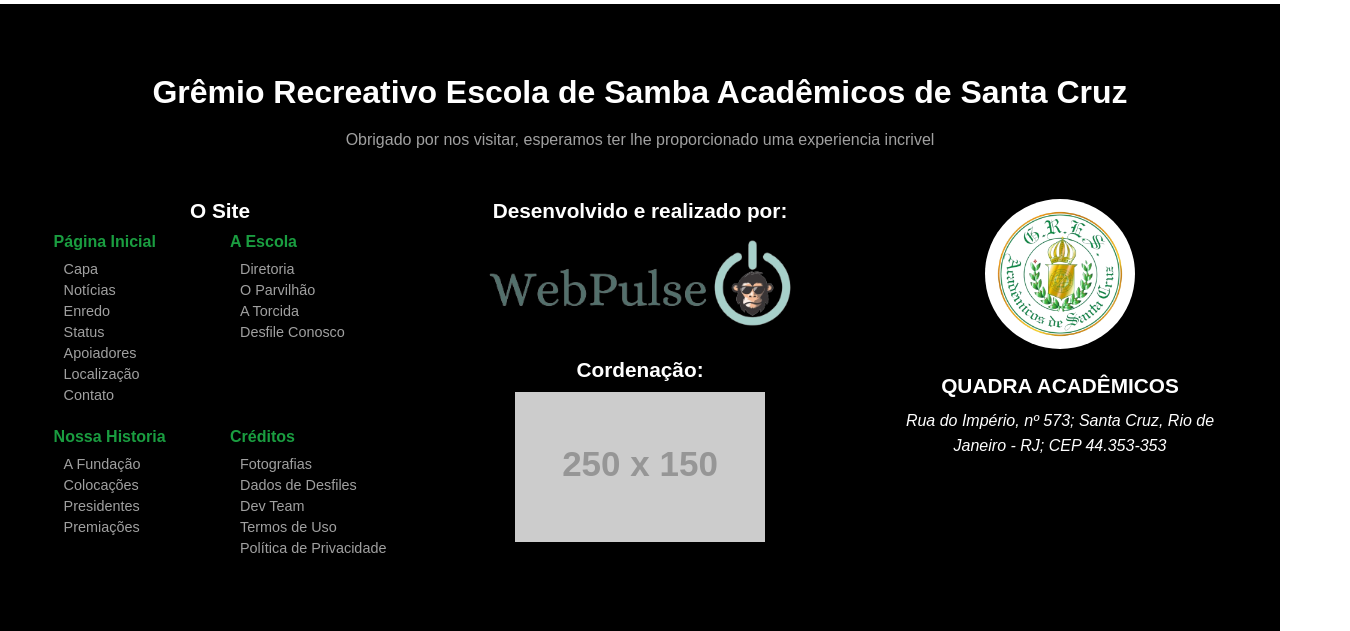
Repository: Lorsuz/gresasco
Page: index.html
An editor plug-in stored every save of this project. The page is shown before and after the next save, followed by the edit.
The browser window is 1280 px wide. The page is 1350 px wide, so the pictures cover 1350 px, including what lies to the right of the window. The pictures show the part of the page from y = 3546 to 4177 px (the page is 4177 px tall).
Some web fonts or font styles are not loaded; a fallback is used. The style sheet was rebuilt from its Sass, Less or Tailwind sources for each picture, by a compiler version that may differ from the author's.

Above is the page before, as saved 2023-11-05 17:46:04.

### index.html
<!DOCTYPE html>
<html lang="en">
	<head>
		<meta charset="UTF-8">
		<meta name="viewport" content="width=device-width, initial-scale=1.0">
		<link rel="shortcut icon" href="/components/assets/images/logo - gresasc.jpg" type="image/x-icon">
		<title>Home</title>
		<link rel="stylesheet" href="/components/css/partials/header.css">
		<link rel="stylesheet" href="/components/css/index.css">
		<link rel="stylesheet" href="/components/css/partials/footer.css">
		<link rel="stylesheet" href="https://cdnjs.cloudflare.com/ajax/libs/font-awesome/6.4.2/css/all.min.css" integrity="sha512-z3gLpd7yknf1YoNbCzqRKc4qyor8gaKU1qmn+CShxbuBusANI9QpRohGBreCFkKxLhei6S9CQXFEbbKuqLg0DA==" crossorigin="anonymous" referrerpolicy="no-referrer" />
		<link rel="stylesheet" href="https://cdn.jsdelivr.net/npm/swiper@11/swiper-bundle.min.css" />
		<link rel="stylesheet" href="https://cdn.jsdelivr.net/npm/bootstrap-icons@1.11.1/font/bootstrap-icons.css">
	</head>
	<body>
		<header class="wrapper">
			<article class="nav-bar wrapper__container">
				<section class="logo">
					<img src="/components/assets/images/logo - gresasc.jpg" alt="">
				</section>
				<nav>
					<ul>
						<li><a href="#">Página Inicial</a></li>
						<li><a href="#">A Escola</a></li>
						<li><a href="#">Nossa Historia</a></li>
						<li><a href="#">Socio Torcedor</a></li>
						<li><a href="#">Créditos</a></li>
					</ul>
				</nav>
			</article>
		</header>
		<main class="">
			<section class="cover wrapper">
				<div class="wrapper__container">
					<div class="left">
						<div class="container">
							<h2>Grêmio Recreativo Escola de Samba</h2>
							<h1>Acadêmicos de Santa Cruz</h1>
							<p>Bem-vindos! Aqui o samba é vida, a cultura é paixão e a alegria é eterna. No coração de Santa Cruz,
								encontre a felicidade em cada batida de tambor. Feliz da vida é quem tem a Santa Cruz no coração.</p>
							<a href="/components/pages/not-found.html">Ir para Loja</a>
						</div>
					</div>
					<div class="right">
						<div class="img">
							<img src="/components/assets/images/logo - gresasc.jpg" alt="">
						</div>
						<ul class="social-links">
							<li>
								<a href="">
									<i class="fa-brands fa-instagram"></i>
								</a>
							</li>
							<li>
								<a href="">
									<i class="fa-brands fa-facebook"></i>
								</a>
							</li>
							<li>
								<a href="">
									<i class="fa-brands fa-youtube"></i>
								</a>
							</li>
							<li>
								<a href="">
									<i class="fa-brands fa-x-twitter"></i>
								</a>
							</li>
						</ul>
					</div>
				</div>
			</section>
			<article class="nav-info">
				<section class="contact">
					<div>
						<i class="fa-solid fa-phone"></i>
						<span>+55 (43) 9 3421-7348</span>
					</div>
					<div>
						<i class="fa-solid fa-envelope"></i>
						<span>gresasc@academicos.com</span>
					</div>
				</section>
				<p>Siga-nos e consiga a chance de ganhar 80% de desconto</p>
				<section class="social-network">
					<span>Redes Sociais:</span>
					<div>
						<a href=""><i class="fa-brands fa-twitter"></i></a>
						<a href=""><i class="fa-brands fa-instagram"></i></a>
						<a href=""><i class="fa-brands fa-youtube"></i></a>
						<a href=""><i class="fa-brands fa-facebook"></i></a>
					</div>
				</section>
			</article>
			<section class="banner">
				<div class="slides">
				</div>
				<div class="prev"></div>
				<div class="next"></div>
				<div class="pagination"></div>
				<div class="img"><img src="https://placehold.co/1350x700" alt=""></div>
			</section>
			<section class="plot wrapper">
				<div class="description">
					<h2>Enredo 2024</h2>
					<h1>As bruxas estão soltas!</h1>
					<p>O enredo "As Bruxas Estão Soltas!" celebra o poder feminino, explorando a manifestação das energias
						ancestrais através da Deusa Terra e dos quatro elementos da criação.
					</p>
					<p> A narrativa aborda a conexão entre passado e presente, destacando as mulheres que, ao longo da
						história,
						detinham conhecimentos medicinais e
						espirituais, mas foram perseguidas sob a acusação de bruxaria.
					</p>
					<p>O enredo também aborda a resistência dessas
						mulheres e sua contínua luta contra o machismo e a intolerância, honrando a força do sagrado feminino e
						a
						capacidade de voar além dos limites impostos, como estrelas brilhantes no céu.</p>
					<span>Iae, gostou? Para ter acesso a nossa sinopse completa basta baixar o PDF a baixo:</span>
					<button class="custom-button">Baixar Sinopse</button>
				</div>
				<div class="disc-cover">
					<img src="/components/assets/images/Plot/plot-2024.jpeg" alt="Logo Enredo-2024">
					<div class="icons">
						<button id="play-song">
							<i class="bi bi-play"></i>
						</button>
						<button id="pause-song">
							<i class="bi bi-pause"></i>
						</button>
					</div>
				</div>
			</section>
			<section class="sponsors">
				<h1>Patrocinadores e Apoiadores</h1>
				<div class="swiper">
					<div class="swiper-wrapper"></div>
					<div class="swiper-pagination"></div>
				</div>
			</section>
			<section class="details">
				<ul>
					<li>
						<h2>15</h2>
						<h3>Anos</h3>
					</li>
					<li>
						<h2>150K</h2>
						<h3>Membros</h3>
					</li>
					<li>
						<h2>15</h2>
						<h3>Trofeus</h3>
					</li>
					<li>vb
						<h2>100+</h2>
						<h3>Patrocinios</h3>
					</li>
				</ul>
			</section>
			<section class="map">
				<iframe src="https://www.google.com/maps/embed?pb=!1m18!1m12!1m3!1d3674.902216920123!2d-43.69324992558163!3d-22.916977238233624!2m3!1f0!2f0!3f0!3m2!1i1024!2i768!4f13.1!3m3!1m2!1s0x9bf7524c69eb5b%3A0xc5d324fb7fbbd336!2sR.%20do%20Imp%C3%A9rio%2C%20573%20-%20Santa%20Cruz%2C%20Rio%20de%20Janeiro%20-%20RJ%2C%2023555-024!5e0!3m2!1spt-BR!2sbr!4v1698871972883!5m2!1spt-BR!2sbr" width="600" height="450" style="border:0;" allowfullscreen="" loading="lazy" referrerpolicy="no-referrer-when-downgrade"></iframe>
			</section>
		</main>
		<footer>
			<h1>Grêmio Recreativo Escola de Samba Acadêmicos de Santa Cruz</h1>
			<p>Obrigado por nos visitar, esperamos ter lhe proporcionado uma experiencia incrivel</p>
			<section class="container wrapper">
				<article class="structure">
					<h2>O Site</h2>
					<ul>
						<li><a href="#">Página Inicial</a>
							<ul>
								<li><a href="">Capa</a></li>
								<li><a href="">Notícias</a></li>
								<li><a href="">Enredo</a></li>
								<li><a href="">Status</a></li>
								<li><a href="">Apoiadores</a></li>
								<li><a href="">Localização</a></li>
								<li><a href="">Contato</a></li>
							</ul>
						</li>
						<li><a href="#">A Escola</a>
							<ul>
								<li><a href="">Diretoria</a></li>
								<li><a href="">O Parvilhão</a></li>
								<li><a href="">A Torcida</a></li>
								<li><a href="">Desfile Conosco</a></li>
							</ul>
						</li>
						<li><a href="#">Nossa Historia</a>
							<ul>
								<li><a href="">A Fundação</a></li>
								<li><a href="">Colocações</a></li>
								<li><a href="">Presidentes</a></li>
								<li><a href="">Premiações</a></li>
							</ul>

						</li>
						<li><a href="#">Créditos</a>
							<ul>
								<li><a href="">Fotografias</a></li>
								<li><a href="">Dados de Desfiles</a></li>
								<li><a href="">Dev Team</a></li>
								<li><a href="">Termos de Uso</a></li>
								<li><a href="">Política de Privacidade</a></li>
							</ul>
						</li>
				</article>
				<article class="dev">
					<h2>Desenvolvido e realizado por:</h2>
					<div class="img"><img src="/components/assets/images/Logo/webpulse sem bg.png" alt="Logo do Desenvolvedor"></div>
					<h2>Cordenação:</h2>
					<img src="https://placehold.co/250x150" alt="Logo da Cordenação">
				</article>
				<article class="address">
					<img src="/components/assets/images/Logo/santa-cruz-logo-removebg-preview.png" alt="Logo da escola">
					<h2>QUADRA ACADÊMICOS</h2>
					<address>Rua do Império, nº 573; Santa Cruz, Rio de Janeiro - RJ; CEP 44.353-353</address>
				</article>
			</section>
		</footer>
		<script type="module" src="/components/js/index.js" deffer></script>
		<script src="https://cdn.jsdelivr.net/npm/swiper@11/swiper-bundle.min.js" deffer></script>
	</body>
</html>

### components/js/index.js
import './APIs/Sponsors.js';

### components/js/APIs/Sponsors.js
import sponsors from '../functions/Swiper.js';

const container = document.querySelector( '.sponsors .swiper-wrapper' );

fetch( "components/json/data.json" ).then( ( response ) => {
	response.json().then( ( data ) => {
		data.sponsors.map( ( obj ) => {
			container.innerHTML +=
				`
				<div class="swiper-slide">
				<img
					src="${ obj.image }"
					alt="${ obj.alt }">
				</div>
				`;
		} );
		sponsors();
	} );
} );

### components/js/functions/Swiper.js
import SwiperConfigSponsors from "../classes/SwiperConfigSponsors.js";

function sponsors() {
	return new Swiper('.sponsors .swiper', SwiperConfigSponsors);
}

export default sponsors

### components/js/classes/SwiperConfigSponsors.js
const SwiperConfigSponsors = {
	direction: 'horizontal',
	loop: true,
	slidesPerView: 1,
	grabCursor: true,
	autoplay: {
		delay: 2500,
		disableOnInteraction: false,
	},
	pagination: {
		el: '.swiper-pagination',
		clickable: true,
	},
	navigation: {
		nextEl: '.swiper-button-next',
		prevEl: '.swiper-button-prev',
	},
	scrollbar: {
		el: '.swiper-scrollbar',
	},
	mousewheel: {
		forceToAxis: true,
	},
	breakpoints: {
		740: {
			slidesPerView: 2,
		},
		1024: {
			slidesPerView: 3,
		},
	},
};

export default SwiperConfigSponsors;

### components/json/data.json
{
	"sponsors": [
		{
			"image": "https://upload.wikimedia.org/wikipedia/commons/thumb/c/ce/Coca-Cola_logo.svg/2560px-Coca-Cola_logo.svg.png",
			"alt": ""
		},
		{
			"image": "https://upload.wikimedia.org/wikipedia/commons/thumb/e/e9/Pepsi_logo_2008.svg/2560px-Pepsi_logo_2008.svg.png",
			"alt": ""
		},
		{
			"image": "https://1000logos.net/wp-content/uploads/2017/03/McDonalds-Logo-1953.png",
			"alt": ""
		},
		{
			"image": "https://responseservices.net/public/uploads/employer/JOBPORTAL-1639545744.png",
			"alt": ""
		},
		{
			"image": "https://seeklogo.com/images/C/Corinthians_Bras_and__227_o-logo-E92E44B595-seeklogo.com.png",
			"alt": ""
		},
		{
			"image": "https://upload.wikimedia.org/wikipedia/commons/thumb/6/6f/Brasao_do_Sao_Paulo_Futebol_Clube.svg/2054px-Brasao_do_Sao_Paulo_Futebol_Clube.svg.png",
			"alt": ""
		},
		{
			"image": "/components/assets/images/Sponsors/La-Dame-Femme.png",
			"alt": ""
		}
	]
}

### components/sass/partials/header.scss
@import url("./global.css");

header {
	* {
		color: rgb(218, 218, 218);
	}

	.nav-bar {
		display: flex;
		justify-content: space-between;
		align-items: center;

		section {
			height: 70px;

			&.logo {
				display: flex;
				align-items: center;
				justify-content: center;

				img {
					width: 60px;
					margin-right: 15px;
				}

				span {
					font-size: 2rem;
					color: var(--color-text-soft);
					font-weight: bold;
				}
			}

		}

		nav {
			display: flex;

			ul {
				display: flex;

				li {
					margin: 0 20px;

					a {
						color: var(--color-text-soft);
						font-weight: bold;
						position: relative;

						&::after {
							content: "";
							width: 0%;
							position: absolute;
							height: 3px;
							background: var(--color-primary-soft);
							top: 100%;
							left: 0;
							transition: 300ms ease-in-out;
							transform-origin: right;
						}

						&:hover::after {
							width: 100%;
						}
					}
				}
			}

		}
	}
}

### components/sass/index.scss
@import url("./partials/global.css");

main {

	.cover {
		height: 85vh;

		> div {
			align-items: center;
			display: flex;
			justify-content: space-between;

			> div {

				&.left {
					width: 50%;

					.container {
						h2 {
							color: var(--color-primary-soft);
							font-family: wedding;
							font-size: 2.5rem;
						}

						h1 {
							color: var(--color-primary-soft);
							font-family: wedding;
							font-size: 3.9rem;
							margin-bottom: 20px;
						}

						p {
							color: var(--color-text-soft);
							font-size: 1.1rem;
							margin-bottom: 50px;
						}

						a {
							background: var(--color-primary-soft);
							border-radius: 10px 0;
							color: var(--color-white);
							display: inline-block;
							font-weight: bold;
							padding: 10px 50px;

							&:hover {
								background: var(--color-primary);
								border-radius: 0px 10px;
							}
						}
					}
				}

				&.right {
					width: 40%;

					.img {
						align-items: center;
						display: flex;
						justify-content: center;
						margin-bottom: 0px;

						img {
							width: 450px;
						}
					}

					.social-links {
						display: flex;
						justify-content: center;

						li {
							margin: 0 10px;
							position: relative;
							top: 0;

							a {
								i {
									font-size: 2.4rem;
									color: var(--color-text-soft);

								}
							}

							&:hover {
								top: -5px;

								a {
									i {
										color: var(--color-primary-soft);

									}


								}
							}

						}
					}
				}
			}
		}
	}

	.nav-info {
		background: var(--color-primary);
		display: flex;
		justify-content: space-between;
		align-items: center;
		height: 40px;
		padding: 0 2%;
		grid-column: 1 / 13;

		* {

			color: #fff;
		}


		> p {
			cursor: pointer;
			font-size: 0.8rem;


			&:hover {
				color: white;
			}
		}

		section {
			display: flex;

			&.contact {
				div {
					display: flex;
					align-items: center;
					margin-right: 30px;
					cursor: pointer;

					i {
						margin-right: 5px;
					}

					span {
						font-size: 0.8rem;
					}

					&:hover {

						i,
						span {
							color: white;

						}
					}
				}
			}

			&.social-network {
				display: flex;
				align-items: center;
				justify-content: center;

				span {
					margin-right: 15px;
					font-size: 0.8rem;

				}

				a {
					margin: 0 3px;

					i {
						font-size: 1.2rem;
					}

					&:hover {
						i {
							color: white;
							cursor: pointer;

						}
					}
				}
			}
		}
	}

	.plot {
		align-items: center;
		min-height: 100vh ;


		.description {
			grid-column: 2/7;

			h2 {
				font-size: 2rem;
				color: var(--color-primary);
			}

			h1 {
				margin-bottom: 20px;
				font-size: 2.5rem;
				color: var(--color-text);
			}

			p {
				color: var(--color-text-soft);
				text-align: justify;
				margin-bottom: 10px;
			}

			span {
				margin-top: 30px;
				margin-bottom: 20px;
				display: block;
				color: var(--color-text);
			}

			button {
				display: block;
			}
		}

		.disc-cover {
			grid-column: 8/13;
			display: flex;
			justify-content: center;
			align-items: center;
			position: relative;
			width: 500px;
			box-shadow: -10px -10px 10px 0 #fff, 10px 10px 10px 0 rgba(0, 0, 0, 0.600);
			height: 400px;
			overflow: hidden;
			border-radius: 6px;


			img {
				display: flex;
				justify-content: center;
				align-items: center;
				width: 100%;
				height: 100%;
				object-fit: cover;
			}

			.icons {
				align-items: center;
				background: rgba(0, 0, 0, 0.6);
				border-radius: 6px;
				display: flex;
				height: 100%;
				justify-content: center;
				left: 0;
				opacity: 0;
				position: absolute;
				top: 0;
				transition: 300ms;
				width: 100%;


				button {
					align-items: center;
					border-radius: 50%;
					border: 3px solid transparent;
					cursor: pointer;
					display: flex;
					height: 80px;
					justify-content: center;
					transition: 300ms;
					width: 80px;
					background: #000;


					i {
						color: white;
						font-size: 4rem;
					}

					&#play-song {
						padding-left: 8px;
					}

					&#pause-song {
						display: none;
					}

					&:hover {
						border: 3px solid white;
					}
				}
			}


			&:hover .icons {
				opacity: 1;
			}


		}

	}

	.sponsors {
		padding: 50px 0;
		height: 500px;

		h1 {
			font-size: 2rem;
			text-align: center;
			text-transform: uppercase;
			font-family: Poppins, sans-serif;
			color: var(--color-text);

		}

		.swiper {
			.swiper-wrapper {
				height: 300px;

				.swiper-slide {
					display: flex;
					align-items: center;
					justify-content: center;
					overflow: hidden;
					border-radius: 5px;

					img {
						width: 350px;
						height: 200px;
						object-fit: scale-down;
					}
				}
			}

			.swiper-button-prev {}

			.swiper-button-next {}

			.swiper-pagination {
				.swiper-pagination-bullet {
					background: var(--color-primary);
				}
			}

			.scrollbar {}

		}
	}
	.details{
		display: flex;
		justify-content: center;
		align-items: center;
		min-height: 400px;
		ul{
			display: flex;
			li{
				padding: 40px;
				h2{
					font-size: 5rem;
					color: var(--color-text);
					text-align: center;
				}
				h3{
					color: var(--color-text-soft);
					text-align: center;

				}
			}
		}
	}
	.map{
		iframe{
			width: 100%;
			height: 500px;
		}
	}
}

### components/sass/partials/footer.scss
@import url('./global.css');

footer {
	background: #000;
	padding: 70px 20px;

	* {
		color: #fff;
	}

	h1 {
		text-align: center;
		margin-bottom: 20px;
	}
	>p{
		text-align: center;
		margin-bottom: 50px;
		color: var(--color-gray);
	}

	.container {
		grid-template-columns: repeat(3, 1fr);
		gap: 20px;


		article {
			display: flex;
			flex-direction: column;
			align-items: center;

			h2 {
				font-size: 1.3rem;
				margin-bottom: 10px;
			}

			img {
				width: 250px;
			}

			&.structure {
				grid-column: 1fr;

				> ul {
					display: grid;
					grid-template-columns: 1fr 1fr;
					justify-content: center;
					gap: 20px;

					> li {
						display: inline-block;
						grid-column: 1fr;

						> a {
							color: var(--color-primary-soft);
							font-size: 1rem;
							display: block;
							margin-bottom: 10px;
							font-weight: bold;

							&:hover {
								color: var(--color-primary);
								text-decoration: underline;

							}
						}

						> ul {
							> li {
								padding-left: 10px;

								> a {
									color: var(--color-gray);
									font-size: 0.9rem;
									margin-bottom: 5px;
									display: block;

									&:hover {
										color: var(--color-white);
										text-decoration: underline;
									}
								}
							}
						}
					}
				}
			}

			&.dev {
				grid-column: 1fr;

				.img {
					overflow: hidden;
					display: flex;
					align-items: center;
					justify-content: center;
					width: 305px;
					height: 100px;
					position: relative;
					margin-bottom: 25px;



					img {
						width: 500px;
						position: absolute;
						// clip-path: polygon(19% 30%, 81% 30%, 81% 70%, 19% 70%);
					}
				}

			}

			&.address {
				grid-column: 1fr;

				img {
					border-radius: 50%;
					margin-bottom: 25px;
					background: #fff;
					width: 150px;
				}

				address {
					text-align: center;
					width: 80%;
					line-height: 25px;

				}

			}
		}
	}
}

### components/sass/partials/global.scss
@import url("https://fonts.googleapis.com/css2?family=Clicker+Script&display=swap");
@import url('https://fonts.googleapis.com/css2?family=Poppins:ital,wght@0,100;0,200;0,300;0,400;0,500;0,600;0,700;0,800;0,900;1,100;1,200;1,300;1,400;1,500;1,600;1,700;1,800;1,900&display=swap');

@font-face {
	font-family: wedding;
	src: url("/components/assets/fonts/Wedding\ Text\ Std\ Regular.otf");
}

@font-face {
	font-family: Poppins;
	src: url("https://fonts.googleapis.com/css2?family=Poppins:ital,wght@0,100;0,200;0,300;0,400;0,500;0,600;0,700;0,800;0,900;1,100;1,200;1,300;1,400;1,500;1,600;1,700;1,800;1,900&display=swap");
}

// @import "./animations/@keyframes.css";

:root {

	--color-primary: #008025;
	--color-black: #000000;
	--color-white: #ffffff;
	--color-gray: #a0a0a0;
	--color-text: #302e4d;

	--color-primary-soft: #1a9d40;
	--color-black-soft: #252525;
	--color-white-soft: #f2f2fc;
	--color-gray-soft: #e8dfec;
	--color-text-soft: #504e70;
}

button {
	cursor: pointer;

	* {
		cursor: pointer;
	}

	i {
		color: var(--color-primary);
		font-size: 25px;
		transition: transform 500ms ease-in-out;
	}
}

* {
	margin: 0;
	padding: 0;
	outline: none;
	border: none;
	text-decoration: none;
	box-sizing: border-box;
	list-style: none;
	font-family: "Poppins", sans-serif;
	font-family: Arial, Helvetica, sans-serif;
	transition: 300ms ease-in-out;
	// outline: 1px dotted var(--color-black-soft);
	color: var(--color-black-soft);
	background: transparent;
}

body {
	width: 100hw;
	overflow-x: hidden;

	&::-webkit-scrollbar {
		width: 5px;
	}

	&::-webkit-scrollbar-track {
		background: var(--background-middle);
	}

	&::-webkit-scrollbar-thumb {
		background: var(--color-primary);
		border-radius: 10px;
	}
}

main {
	min-height: 100vh;

	> section {
		// height: 100vh;
	}
}

.wrapper {
	display: grid;
	grid-template-columns: repeat(12, 1fr);

	.wrapper__container {
		grid-column: 2 / 12;
	}
}

.custom-button {
	display: inline-block;
	padding: 10px 50px;
	background: var(--color-primary-soft);
	color: var(--color-white);
	font-weight: bold;
	border-radius: 10px 0;
	font-size: 1.1rem;

	&:hover {
		background: var(--color-primary);
		border-radius: 0px 10px;
	}
}

After the next save:
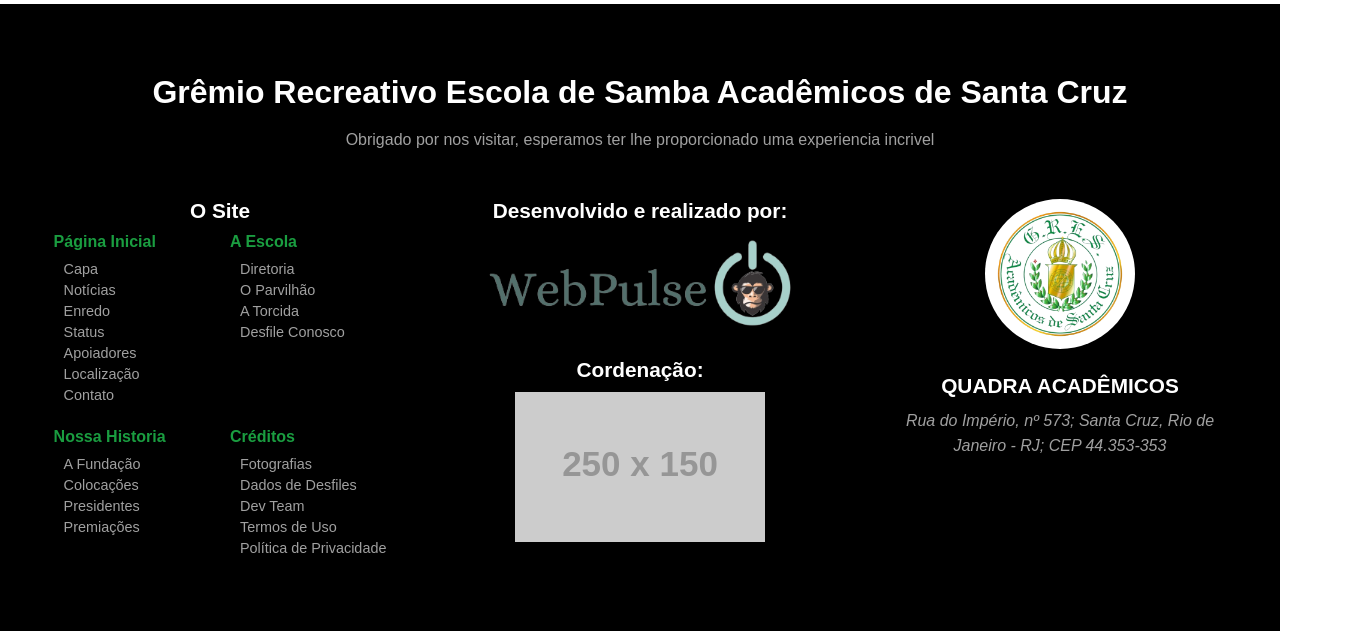
Saved 6 s later.
--- a/components/sass/partials/footer.scss
+++ b/components/sass/partials/footer.scss
@@ -123,6 +123,7 @@ footer {
 					text-align: center;
 					width: 80%;
 					line-height: 25px;
+		color: var(--color-gray);
 
 				}
 
